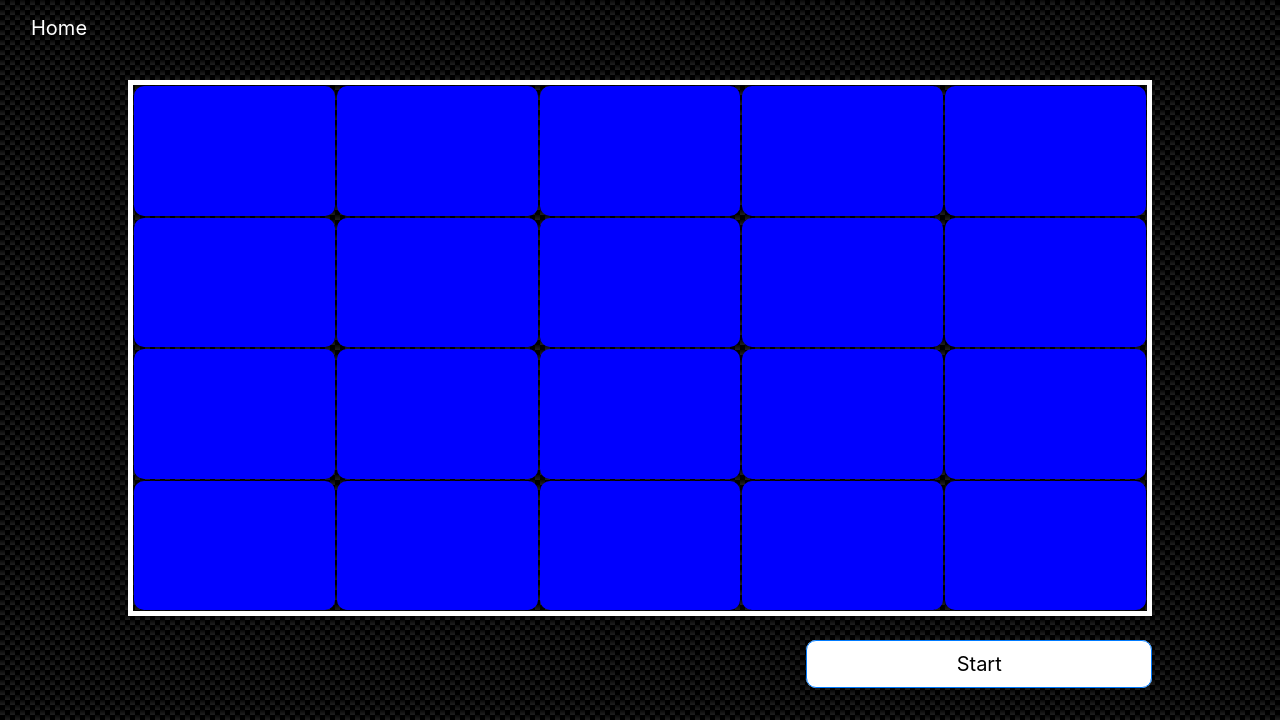
Repository: chrisrees85/memory-block
Page: hard.html
The author's editor kept a record of every edit. The page is drawn from the files as they stood at one moment, then again after the next edit.
The browser window is 1280 px wide. The pictures show the whole page.

Above is the page before.

### hard.html
<!DOCTYPE html>
<html lang="en">

<head>
    <meta charset="UTF-8">
    <meta name="viewport" content="width=device-width, initial-scale=1.0">
    <meta http-equiv="X-UA-Compatible" content="ie=edge">
    <title>Memory Block</title>
    <link rel="stylesheet" href="https://stackpath.bootstrapcdn.com/bootstrap/4.3.1/css/bootstrap.min.css" integrity="sha384-ggOyR0iXCbMQv3Xipma34MD+dH/1fQ784/j6cY/iJTQUOhcWr7x9JvoRxT2MZw1T" crossorigin="anonymous">
    <link rel="stylesheet" href="assets/css/style.css" type="text/css" />
</head>

<body>
    <div class="container-fluid">
        <nav class="navbar navbar-dark bg-dark">
                        <a class="navbar-brand" href="index.html">Home</a>
        </nav>
    </div>
    </br>
        <div class="container board">
            <div class="row">
                <div class="col tiles blue"></div>
                <div class="col tiles blue"></div>
                <div class="col tiles blue"></div>
                <div class="col tiles blue"></div>
                <div class="col tiles blue"></div>
            </div>
            <div class="row">
                <div class="col tiles blue"></div>
                <div class="col tiles blue"></div>
                <div class="col tiles blue"></div>
                <div class="col tiles blue"></div>
                <div class="col tiles blue"></div>
            </div>
            <div class="row">
                <div class="col tiles blue"></div>
                <div class="col tiles blue"></div>
                <div class="col tiles blue"></div>
                <div class="col tiles blue"></div>
                <div class="col tiles blue"></div>
            </div>
            <div class="row">
                <div class="col tiles blue"></div>
                <div class="col tiles blue"></div>
                <div class="col tiles blue"></div>
                <div class="col tiles blue"></div>
                <div class="col tiles blue"></div>
            </div>
        </div>
        </br>
        <div class="row btn-right">

            <div id="btn"></div>

        </div>
    </div>

    <div class="modal fade" id="exampleModal" tabindex="-1" role="dialog" aria-labelledby="exampleModalLabel" aria-hidden="true">
        <div class="modal-dialog" role="document">
            <div class="modal-content">
                <div class="modal-header">
                    <h5 class="modal-title" id="modal-head"></h5>
                </div>
                <div class="modal-body" id='modal-text'>
                </div>
                <div class="modal-footer">
                    <div id="modal-btn1"></div>
                    <div id="modal-btn2"></div>
                </div>
            </div>
        </div>
    </div>


    <script src="https://code.jquery.com/jquery-3.3.1.slim.min.js" integrity="sha384-q8i/X+965DzO0rT7abK41JStQIAqVgRVzpbzo5smXKp4YfRvH+8abtTE1Pi6jizo" crossorigin="anonymous"></script>
    <script src="https://cdnjs.cloudflare.com/ajax/libs/popper.js/1.14.7/umd/popper.min.js" integrity="sha384-UO2eT0CpHqdSJQ6hJty5KVphtPhzWj9WO1clHTMGa3JDZwrnQq4sF86dIHNDz0W1" crossorigin="anonymous"></script>
    <script src="https://stackpath.bootstrapcdn.com/bootstrap/4.3.1/js/bootstrap.min.js" integrity="sha384-JjSmVgyd0p3pXB1rRibZUAYoIIy6OrQ6VrjIEaFf/nJGzIxFDsf4x0xIM+B07jRM" crossorigin="anonymous"></script>
    <script type="text/javascript" src="assets/js/scripts.js"></script>
</body>

</html>

### assets/css/style.css
* {
  padding: 0;
  margin: 0;
  box-sizing: border-box;
}

body {
  background-color: rgb(32, 32, 32);
  background-image: linear-gradient(45deg, black 25%, transparent 25%, transparent 75%, black 75%, black), linear-gradient(45deg, black 25%, transparent 25%, transparent 75%, black 75%, black), linear-gradient(to bottom, rgb(8, 8, 8), rgb(32, 32, 32));
  background-size: 10px 10px, 10px 10px, 10px 5px;
  background-position: 0px 0px, 5px 5px, 0px 0px;
}

h1, p{
  color:white;
}

.navbar-dark{
  background-color: rgba(0,0,0,0)!important;
}

.center {
  text-align: center;
}

.btn-lg{
  width:60vw;
  margin:auto;
  border-radius: 10px;
}

.board {
  width: 80vw;
  height:calc(72vh + 18px);
  margin: auto;
  border:5px solid white;
}

.tiles {
  background-color: rgba(255,255,255,0.5);
  height: 18vh;
  border-radius: 10px;
  margin: 1px;
}

.btn-right {
  margin-right: 10vw;
  float: right;
}

#btn,
#play-btn {
  width: 27vw;
  border-radius: 10px;
  background-color: white;
  color:black;
}

.blue{
  background-color: blue;
  transform: rotateY(-0deg);
  transition: transform 0.5s;
}

.green {
  background-color: green;
  transform: rotateY(180deg);
  transition: transform 0.5s;
}

.modal-dialog {
  padding-top: 200px;
}

### assets/js/scripts.js
let blocks = Array.from(document.querySelectorAll('.block'));
let buttonDiv = document.getElementById('btn');
let blocksLength = blocks.length;
let score = 0;

// First function of the play button

function startButton() {
    buttonDiv.innerHTML = '<button type="button" class="btn btn-primary btn-lg" id="play-btn" onclick="onClick();">Start</button>';
}
startButton();

// Function performs when first button function is pressed

function onClick() {
    // Renders the button inactive so the user can't keep calling onClick function
    buttonDiv.innerHTML = '<button type="button" class="btn btn-primary btn-lg" id="play-btn">Start</button>';

    // Countdown timer shown in the button text
    // Once time is up the buttons function changes to check users attempt
    let timeleft = 5;
    let countdownTimer = setInterval(function() {
        buttonDiv.innerHTML = '<button type="button" class="btn btn-primary btn-lg" id="play-btn"></button>';
        document.getElementById('play-btn').textContent = timeleft;
        timeleft -= 1;
        if (timeleft < 0) {
            clearInterval(countdownTimer);
            buttonDiv.innerHTML = '<button type="button" class="btn btn-primary btn-lg" id="play-btn" onclick="checkAttempt();" data-toggle="modal" data-target="#exampleModal">Check</button>';
        }
    }, 1000);

    // Shuffles the blocks array into a random order
    let i = blocksLength,
        rand, temp;
    while (--i > 0) {
        rand = Math.floor(Math.random() * (i + 1));
        temp = blocks[rand];
        blocks[rand] = blocks[i];
        blocks[i] = temp;
    }

    // Selects half of the shuffled array and adds the color class
    let bottomHalfblocks = blocks.slice(blocksLength / 2, blocksLength);
    bottomHalfblocks.forEach(function(i) {
        i.classList.replace('blue', 'green');
    });

    // Replaces the color class with an unused class after 6 seconds
    function clearBoard() {
        bottomHalfblocks.map(function(i) {
            i.classList.replace('green', 'blue');
            i.classList.add('marker')
        });
    }
    setTimeout(clearBoard, 6000);
    console.log(blocks);

    // Activates the users ability to click and change the block color 6 seconds after the start button is pressed
    function allowUserClick() {
        blocks.forEach(function(i) {
            i.addEventListener('click', tileClicked);
        });

        function tileClicked() {
            this.classList.toggle('green');
            this.classList.toggle('blue');
        }
    }
    setTimeout(allowUserClick, 6000);
}

let modalBtn1 = document.getElementById('modal-btn1');
let modalBtn2 = document.getElementById('modal-btn2');
// Function checks the users answers on clicking the check button and displays a modal
function checkAttempt() {

    // Loops through the blocks array and increments 1 to the score if a condition is true
    function checkClasses() {
        blocks.forEach(function(it) {
            if ((it.classList.contains('marker')) && (it.classList.contains('green'))) {
                score++;
            }
            else if ((it.classList.contains('green')) && !(it.classList.contains('marker'))) {
                score = blocksLength;
            }
        });
    }
    checkClasses();

    // Modal either gives a yes or no answer as to whether the user has succeeded
    if (score == blocksLength / 2) {
        document.getElementById('modal-head').textContent = ('CONGRATULATIONS!');
        document.getElementById('modal-text').textContent = ('You did it! why not do it again');
        modalBtn1.innerHTML = '<button type="button" class="btn btn-primary" onclick="location.reload();">New Game</button>';
        modalBtn2.innerHTML = '';
    }
    else {
        document.getElementById('modal-head').textContent = ('SORRY NOT THIS TIME!');
        document.getElementById('modal-text').textContent = ('See why and try again');
        modalBtn1.innerHTML = '<button type="button" class="btn btn-primary" data-dismiss="modal" onclick="reveal();">Reveal</button>';
        modalBtn2.innerHTML = '<button type="button" class="btn btn-primary" data-dismiss="modal" onclick="retry();">Try Again</button>';
    }
    // resets the score to 0 to keep the users attempt accurate
    score = 0;
}

function retry() {
    blocks.forEach(function(it) {
        if (it.classList.contains('green')) {
            it.classList.replace('green', 'blue');
        }
    });
}

// Replaces green class with blue class
function reveal() {
    buttonDiv.innerHTML = '<button type="button" class="btn btn-primary btn-lg" id="play-btn" onclick="location.reload();">New Game</button>';
    blocks.forEach(function(it) {
        if ((it.classList.contains('green')) && !(it.classList.contains('marker'))) {
            it.classList.replace('green', 'blue');
        }
        else if (!(it.classList.contains('green')) && (it.classList.contains('marker'))) {
            it.classList.replace('blue', 'green');
        }
    });
}

After the next edit:
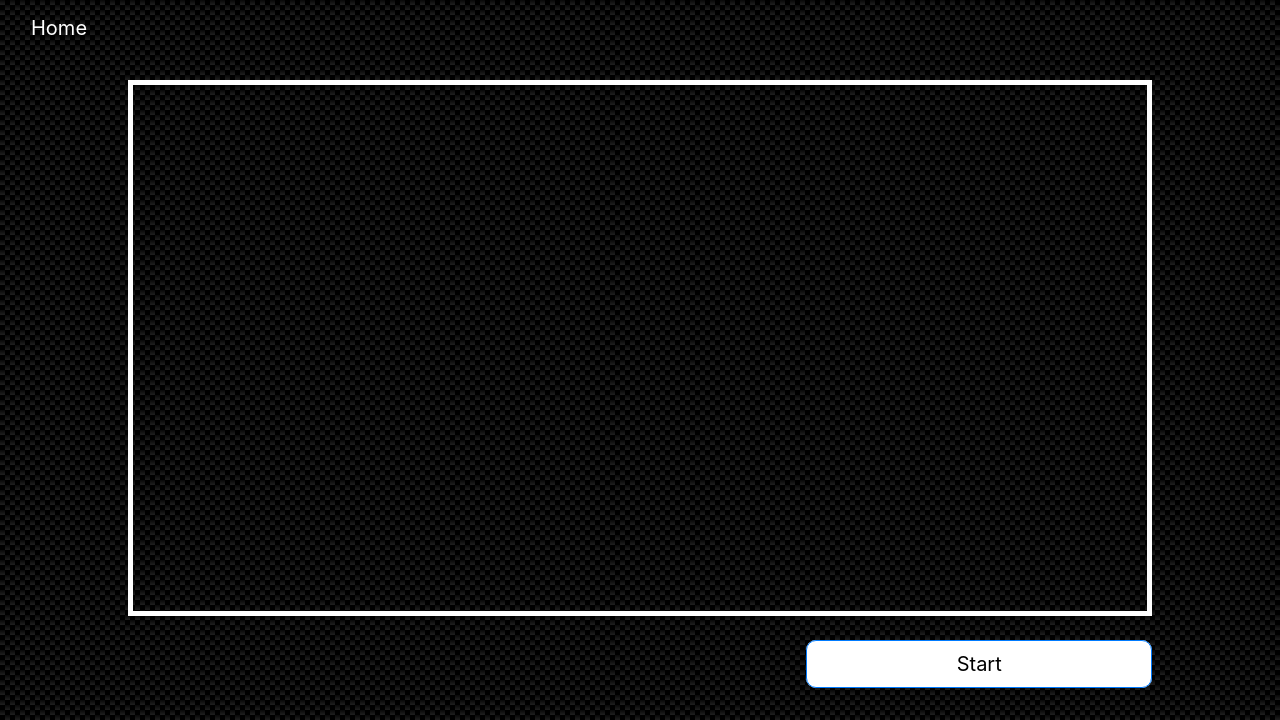
The edit:
--- a/hard.html
+++ b/hard.html
@@ -19,32 +19,32 @@
     </br>
         <div class="container board">
             <div class="row">
-                <div class="col tiles blue"></div>
-                <div class="col tiles blue"></div>
-                <div class="col tiles blue"></div>
-                <div class="col tiles blue"></div>
-                <div class="col tiles blue"></div>
+                <div class="col block blue"></div>
+                <div class="col block blue"></div>
+                <div class="col block blue"></div>
+                <div class="col block blue"></div>
+                <div class="col block blue"></div>
             </div>
             <div class="row">
-                <div class="col tiles blue"></div>
-                <div class="col tiles blue"></div>
-                <div class="col tiles blue"></div>
-                <div class="col tiles blue"></div>
-                <div class="col tiles blue"></div>
+                <div class="col block blue"></div>
+                <div class="col block blue"></div>
+                <div class="col block blue"></div>
+                <div class="col block blue"></div>
+                <div class="col block blue"></div>
             </div>
             <div class="row">
-                <div class="col tiles blue"></div>
-                <div class="col tiles blue"></div>
-                <div class="col tiles blue"></div>
-                <div class="col tiles blue"></div>
-                <div class="col tiles blue"></div>
+                <div class="col block blue"></div>
+                <div class="col block blue"></div>
+                <div class="col block blue"></div>
+                <div class="col block blue"></div>
+                <div class="col block blue"></div>
             </div>
             <div class="row">
-                <div class="col tiles blue"></div>
-                <div class="col tiles blue"></div>
-                <div class="col tiles blue"></div>
-                <div class="col tiles blue"></div>
-                <div class="col tiles blue"></div>
+                <div class="col block blue"></div>
+                <div class="col block blue"></div>
+                <div class="col block blue"></div>
+                <div class="col block blue"></div>
+                <div class="col block blue"></div>
             </div>
         </div>
         </br>
